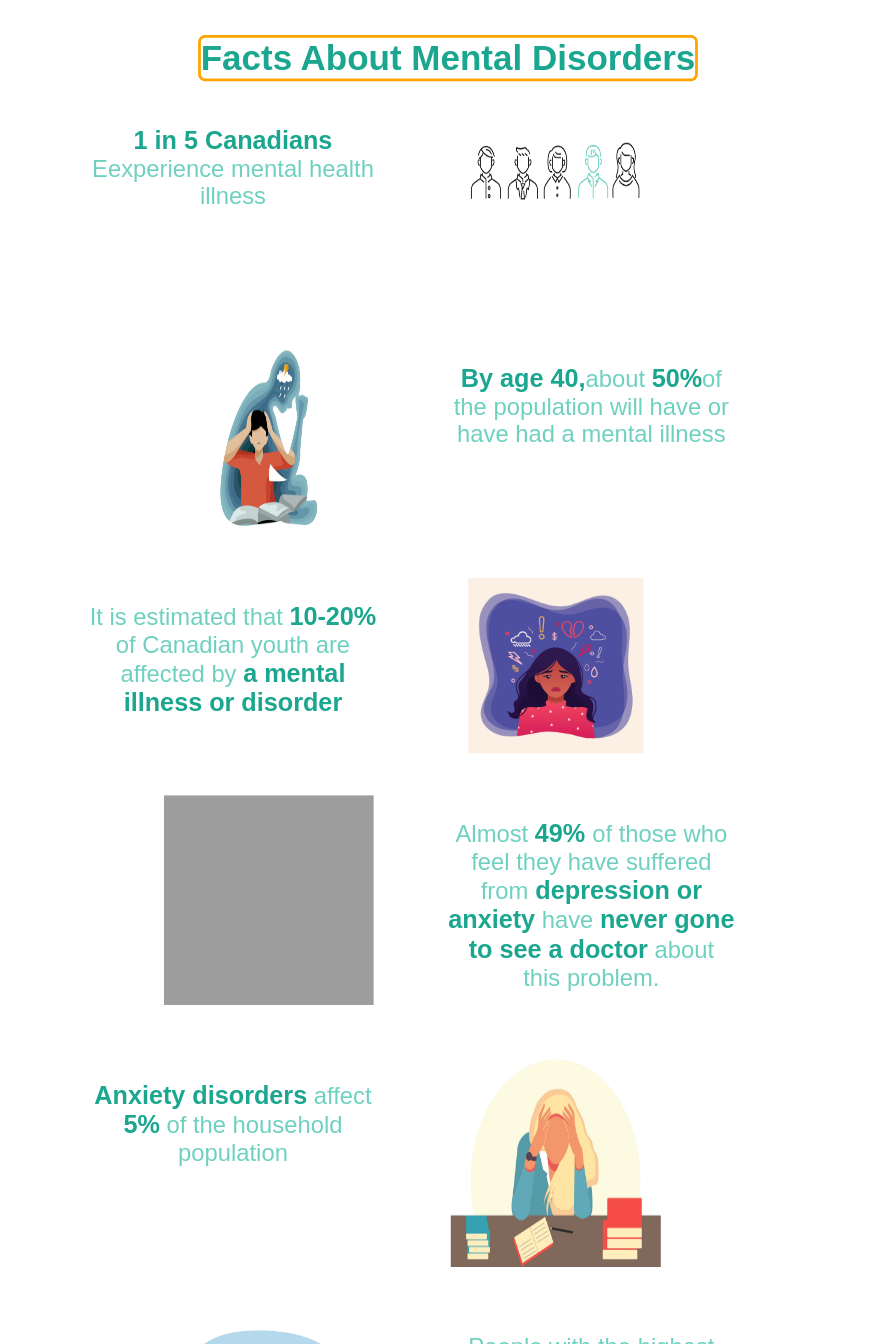
Repository: zzs1/2109-Dynamic-Content-Project
Page: index.html
These files come from the project's save history. The page is drawn as it stood at one moment and after the next save; the edit follows.
The browser window is 1280 px wide. The pictures show the part of the page from y = 0 to 1920 px (the page is 4875 px tall before and 5764 px after), at 70% of full size.
Pictures or frames that could not be fetched are drawn as grey boxes. Some web fonts or font styles are not loaded; a fallback is used.

Above is the page before, as saved 2021-03-09 11:39:34.

### index.html
<html lang="en">
<head>
  <meta charset="UTF-8">
  <meta name="viewport" content="width=device-width, initial-scale=1.0">
  <link href="index.css" rel="stylesheet" type="text/css" >
  <link rel="preconnect" href="https://fonts.gstatic.com">
  <link href="https://fonts.googleapis.com/css2?family=Saira+Semi+Condensed:wght@500&display=swap" rel="stylesheet">
  <title>Midterm group project for MDIA 2109</title>
</head>
<body>
  <!--please place your code in #main -->
  <div id="main">
    <!--Shin Part: Brain-->
    <div class="header image">
      <div class="headerpic"></div>
      </div>

    <!--Shin Part: Header: Have you take good care of you mental health? -->


    <!--Shin Part: content1: Common symptoms of mental illness -->


    <!--Shin: Dont be afraid part-->


    <!--Joyce: Facts about mental disorders  -->
  <div class="joyce_main">
    <h1 id="heading"> Facts About Mental Disorders </h1>

    <div class="ps_container">

      <div class="boxes" id="box1">
          <p class="text">
            <strong class="keyword">1 in 5 Canadians</strong> Eexperience mental health illness
          </p>
          <div class="pic">
            <img src="joyce_code/pic/box1.png" width="250px" height="280px">
          </div>
      </div>

      <div class="boxes"  id="box2">
          <div class="pic">
            <img src="joyce_code/pic/box2.jpg" width="250px" height="280px">
          </div>
          <p class="text">
            <strong class="keyword">By age 40,</strong>about <strong class="keyword">50%</strong>of the population will have or have had a mental illness
          </p>
      </div>

      <div class="boxes" id="box3">
          <p class="text">
            It is estimated that <strong class="keyword">10-20% </strong> of Canadian youth are affected by <strong class="keyword">a mental illness or disorder</strong>
          </p>
          <div class="pic">
            <img src="joyce_code/pic/box3.jpg" width="250px" height="250px">
          </div>
      </div>

      <div class="boxes"  id="box4">
        <div class="pic">
          <img src="joyce_code/pic/box4.jpg" width="300px" height="300px">
        </div>
        <p class="text">
          Almost <strong class="keyword">49% </strong>of those who feel they have suffered from<strong class="keyword"> depression or anxiety</strong> have <strong class="keyword">never gone to see a doctor</strong> about this problem.
        </p>
      </div>

      <div class="boxes"  id="box5">
        <p class="text">
          <strong class="keyword">Anxiety disorders</strong> affect <strong class="keyword">5%</strong> of the household population
        </p>
        <div class="pic">
          <img src="joyce_code/pic/box5.jpg" width="300px" height="300px">
        </div>
      </div>

      <div class="boxes" id="box6">
        <div class="pic">
          <img src="joyce_code/pic/box6.jpg" width="300px" height="300px">
        </div>
        <p class="text">
          People with the highest levels of self-rated distress were <strong class="keyword">32%</strong> more likely to have <strong class="keyword">died from cancer</strong>
        </p>
      </div>

      <div class="boxes" id="box7">
        <p class="text">
          <strong class="keyword">Depression </strong>has been found to be associated with an increased risk of <strong class="keyword">coronary heart disease</strong>
        </p>
        <div class="pic">
          <img src="joyce_code/pic/box7.jpg" width="250px" height="300px">
        </div>
      </div>

    </div>

      <div id="box8">
        <p class="text">
          Today, approximately <strong class="keyword">5% of male youth and 12% of female youth</strong>, age 12 to 19, have experienced a <strong class="keyword">major depressive episode.</strong>
        </p>
        <div class="pic">
          <img src="joyce_code/pic/box8.jpg" width="80%" height="300px">
        </div>
      </div>


  </div>

    <!-- DONT TOUCH!! Chisaki part start from here-->

    <!--Card question section-->
    <div class="container cardquestions">
      <div class="title"></div>
    <div class="card"></div>
    </div>
    <!--Time to look after your mental health section-->
    <div class="container mid">
      <h1 class="midtitle">Time to look after your mental health</h1>
      <img src="comps/icon/midpic.jpg" alt="mental health" max-width="300px" height="300px" />
    </div>

    <!--Pick Icons for more info part-->
    <div class="container iconsection">
      <div class="title2"></div>
      <h3 class="subtitle">Pick icons for infomation</h3>
      <div class="icon" onclick="myFunction()"></div>
      <div class="hidden" id="panel">
        <div class="info"></div>
      </div>
    </div>

    <!--DONT TOUCH!! Chisaki part ends-->

    <!--For Joyce, next part write from here as long as it is main content. If it is footer, please place the code underneath </div> with <footer>-->
      <div  id="bottom">
        <div id="right">
            <div id="content">
            For quick mental testing for <br>yourself and learn more about mental illness, download RETHERAPHY from  </div>
            <div id="logo"><a href="https://play.google.com/store"><img  src=joyce_code/pic/google.png alt="appstore" width=180 height=100></img></a><br>
                <a href="https://www.apple.com/ca/app-store/"><img  src=joyce_code/pic/apple.png alt="appstore"  width=180 height=100></img></a>
            </div>
        </div>
      <div id="showcase"><img  src="joyce_code/pic/phone.png" alt="apps phone" width="220" height="450"> </div>
    </div>

  </div>

  <!--DONT TOUCH !! Chisaki scripts start from here-->
  <script src="comps/card/index.js"></script>
  <script src="comps/Title/index.js"></script>
  <script src="comps/icon/index.js"></script>
  <script src="comps/Info/index.js"></script>
  <script src="index.js"></script>
  <script>
    function myFunction() {
      document.getElementById("panel").style.display = "block";
    }
    document.getElementById("icon1").onclick = function (){
      document.getElementById("info1").style.display = "block";
      document.getElementById("info2").style.display = "none";
      document.getElementById("info3").style.display = "none";
      document.getElementById("info4").style.display = "none";
      document.getElementById("info5").style.display = "none";
      document.getElementById("info6").style.display = "none";
    }
    document.getElementById("icon2").onclick = function (){
      document.getElementById("info2").style.display = "block";
      document.getElementById("info1").style.display = "none";
      document.getElementById("info3").style.display = "none";
      document.getElementById("info4").style.display = "none";
      document.getElementById("info5").style.display = "none";
      document.getElementById("info6").style.display = "none";
    }
    document.getElementById("icon3").onclick = function (){
      document.getElementById("info3").style.display = "block";
      document.getElementById("info1").style.display = "none";
      document.getElementById("info2").style.display = "none";
      document.getElementById("info4").style.display = "none";
      document.getElementById("info5").style.display = "none";
      document.getElementById("info6").style.display = "none";
    }
    document.getElementById("icon4").onclick = function (){
      document.getElementById("info4").style.display = "block";
      document.getElementById("info1").style.display = "none";
      document.getElementById("info2").style.display = "none";
      document.getElementById("info3").style.display = "none";
      document.getElementById("info5").style.display = "none";
      document.getElementById("info6").style.display = "none";
    }
    document.getElementById("icon5").onclick = function (){
      document.getElementById("info5").style.display = "block";
      document.getElementById("info1").style.display = "none";
      document.getElementById("info2").style.display = "none";
      document.getElementById("info3").style.display = "none";
      document.getElementById("info4").style.display = "none";
      document.getElementById("info6").style.display = "none";
    }
    document.getElementById("icon6").onclick = function (){
      document.getElementById("info6").style.display = "block";
      document.getElementById("info1").style.display = "none";
      document.getElementById("info2").style.display = "none";
      document.getElementById("info3").style.display = "none";
      document.getElementById("info4").style.display = "none";
      document.getElementById("info5").style.display = "none";
    }
    </script>
    <!--DONT TOUCH !! Chisaki scripts ends here-->

</body>
</html>

### index.css
html,body {
  margin:0;
  font-family: 'Saira Semi Condensed', sans-serif;
}

#main {
  width:100vw;
  height:100vh;
  display:flex;
  flex-direction: column;

}
/*Joyce part starts from here*/
.joyce_main{
  width:100vw;
  display:flex;
  flex-direction:column;
  align-self: start;
  align-items:center;
  margin:50px 0;
}
#heading{
  margin-top: 50px;
  font-size: 50px;
  color:#1BA68F;
  border:4px solid  orange;
  max-height:30%;
  max-width: 80%;
  border-radius: 10px;
  text-align: center;
  margin:0;
}
#heading:hover{
animation: skew 2s infinite;
transform: skew(12deg);
animation-direction: alternate;
opacity: .8;
}

@keyframes skew {
0% {
  transform: skew(20deg, 20deg);
}
100% {
  transform: skew(-20deg, -20deg);
}
}

.ps_container {
  width:100%;
  display:flex;
  flex-direction:column;
  justify-items: center;
  align-items: center;


}
.boxes{


  max-width: 80%;
  flex-grow: 1;
  display:flex;
  flex-direction:row;
  text-align: center;
  margin:30px 0;
}



.text{

  display: inline;
  max-width: 40%;
  color:#6ED1BF;
  font-size: 34px;
}

.text:hover{
  text-shadow: 2px 2px 10px #CBC2C2;
}

.pic{
  justify-items: center;
  width: 50%;
  transition: transform .2s; /* Animation */
   }

.pic:hover {
      transform: scale(1.2);

}

.pic > img {
  display: block;
  margin-left: auto;
  margin-right: auto;
}

.keyword{
  color:#1BA68F;
  font-size: 36px;
}
#box8 {
  width:80%;
  justify-content: center;
  align-items: center;
  flex-direction: column;
}

#box8 > .pic{
  width:80%;
  display: block;
  margin-left: auto;
  margin-right: auto;

}

/*Joyce part ends here*/


/* DONT TOUCH !! Chisaki Part Start from here */
.container {
 min-width:100%;
}
.cardquestions{
  background-color:#1BA68F;
}
.card {
  display:flex;
  flex-direction:row;
  flex-wrap: wrap;
  justify-content:center;
  align-items: center;
  margin:30px;
  font-family: 'Saira Semi Condensed', sans-serif;
}
.mid{
  background-color:#FFFFFF;
  text-align: center;
}
.midtitle {
 color:#1BA68F;
 font-family: 'Saira Semi Condensed', sans-serif;

}

.iconsection {
  background-color:#FFAA81;

}
.title,.title2{
  display: flex;
  justify-content:center;
  align-items: center;
  margin:30px;
  font-family: 'Saira Semi Condensed', sans-serif;
}

.icon {
  display: flex;
  flex-wrap: wrap;
  justify-content:center;
  align-items: center;
  margin:10px;
  font-family: 'Saira Semi Condensed', sans-serif;

}
.subtitle {
  color:#FFEBE4;
  text-align: center;
  font-family: 'Saira Semi Condensed', sans-serif;
}
.hidden{
  display:none;
}
.info {
justify-content: center;
align-items: center;
font-family: 'Saira Semi Condensed', sans-serif;
}

/* DONT TOUCH !!Chisaki Part End here*/

/*Joyce CSS buttom part styling starts from here*/
#bottom{
  margin:0;
  background-color:#3EB7B2;
  color:white;
  display:flex;
  justify-content: center;
}
#right{
  margin-top: 16%;
  display:flex;
  flex-direction: column;
  max-width: 40%;
  justify-content: flex-start;
}
#showcase{
  margin-top: 10%;
  max-width: 40%;
  justify-content: flex-end;
}

#logo{
  margin-left: 16%;
}
#content{
  font-size: 20px;
  margin-bottom: 10%;
  max-width: 80%;
}
#logo img{
  margin-bottom: 5%;
}

### comps/card/index.js
function CardUI(title='question',option1='text1', option2='text2', option3='text3',backtitle="Answer",content="answer paragraphs"){
  return`
  <div style='
  background-color:#6ED1BF;
  max-height:350px;
  max-width:200px;
  border-radius:10px;
  border:5px solid #FFFFFF;
  margin:20px;
  '
  onclick='CardUI.HandleClick(this)'
  >

    <div class="front" style='
    transition: opacity 1s;
    opacity: 1;
    '
    >
      <h3 style='
      color:#FFFFFF;
      text-align:center;
      margin:10px;
      '>
        ${title}
      </h3>

      <div style='
      display:flex;
      flex-direction:column;
      margin:50px 20px;

      '>
        <div style='
        display:flex;
        flex-direction:row;
        margin:10px;
        '>

          <input name='question'
          type=radio />
            <p style='
            color:#FFEBE4;
            margin:0;
            margin-left:10px;
            '>${option1}
            </p>
        </div>

        <div style='
        display:flex;
        flex-direction:row;
        margin:10px;
        '>

          <input name='question'
          type=radio />
            <p style='
            color:#FFEBE4;
            margin:0;
            margin-left:10px;
            '>
            ${option2}
            </p>
        </div>

        <div style='
        display:flex;
        flex-direction:row;
        margin:10px;
        '>

          <input name='question'
          type=radio />
            <p style='
            color:#FFEBE4;
            margin:0;
            margin-left:10px;
            '>
            ${option3}
            </p>
        </div>
      </div>
    </div>

    <div class="back" style='
    display: flex;
    flex-direction:column;
    position: relative;
    justify-content: center;
    align-items: center;
    top: -350px;
    transition: opacity 1s;
    opacity: 0;
    '>
      <h3 style='
      color:#FFEBE4;
      text-align:center;
      margin:10px;

      '>
        ${backtitle}
      </h3>
      <p style='
      color:#FFFFFF;
      text-align:center;
      margin:10px;
      '>
      ${content}
      </p>
    </div>
  </div>
`}

//export const Card = CardUI();
CardUI.HandleClick = (el) => {
  el.querySelector(".front").style.opacity= 0;
  el.querySelector(".back").style.opacity = 1;
}

### comps/Title/index.js
function TitleUI(bgcolor="#FFFFFF", bodercolor="#FFD4C1",text="title", font="#FFAA81"){
return`<div style='
width:300px;
height:70px;
border-radius:20px;
background-color:${bgcolor};
border:5px solid ${bodercolor};

'>
<h3 style='
color:${font};
text-align:center;
'>${text}</h3>
</div>
`
}
//export const Title = TitleUI();

### comps/icon/index.js
function IconUI(id="id",url="https://placekitten.com/300/300",text="icon"){
  return`<div style='
  width:100px;
  height:100px;
  background-color:#FFEBE4;
  margin:10px;
  text-align:center;
  '
  id='${id}'
  onmouseover='IconUI.HandleClick(this)'

  '>

    <div class="front" style='
    transition: opacity 1s;
    opacity: 1;
    '
    >
      <img style='
      width:70px;
      height:70px;
      object-fit:cover;
      margin:15px;
      box-shadow:0 6px 10px 0 rgba(0, 0, 0, 0.4);
      'src='${url}' />

    </div>

    <div class="mouseover" style='
    display: flex;
    flex-direction:column;
    position: relative;
    justify-content: center;
    align-items: center;
    top: -90px;
    transition: opacity 1s;
    opacity: 0;
    '>
      <p style='
      color:#646464;
      font:21px;
      '>
      ${text}
      </p>
    </div>
  </div>
`}

//export const Icon = IconUI();

IconUI.HandleClick = (el) => {
  //in the UI's case, el is the div itself
  el.querySelector(".front").style.opacity= 0.4;
  el.querySelector(".mouseover").style.opacity = 1;

  //onclick

}

### comps/Info/index.js
function InfoUI(id="id",url="https://placekitten.com/300/300",title="h3title",text="paragraphs here"){
  return`<div class="container"
  id="${id}"
  style='
  width:100vw;
  display:flex;
  flex-direction:column;
  text-align:center;
  align-items:center;

  '>
    <img style='
    width:150px;
    height:150px;
    'src='${url}' />

      <div class=psbox
      style='
      display:flex;
      flex-direction:column;
      align-items:center;
      margin:20px;
      '>
        <h3 style='
        color:#1BA68F;
        '>
        ${title}
        </h3>
        <p style='
        color:#FFEBE4;
        width:70%;
        '>
        ${text}
        </p>

    <div>
  </div>
  `
  }
  //export const Info = InfoUI();
  function clickedButton(){
    document.getElementById("container").style.display = "none";
  }

### index.js
// DONT TOUCH !!Chisaki JS start from here
document.querySelector(".title").innerHTML += TitleUI("#FFFFFF","#1BA68F","Top 3 Mental illness in US","#1BA68F");
document.querySelector(".card").innerHTML += CardUI("What is top 1 Mental illness ?", "Bipolar disorder", "Anxiety disorder", "Major depressive disorder","Anxiety disorder","Symptoms can include excessive worrying, feeling agitated, <strong style='color:#FFF511;'>restlessness</strong>, fatigue, tense muscles, difficulty <strong style='color:#FFF511;'>sleeping, and panic attacks</strong>");
document.querySelector(".card").innerHTML += CardUI("What is 2nd Mental illness ?", "Bipolar disorder", "Anxiety disorder", "Major depressive disorder","Major depressive disorder", "Symptoms include <strong style='color:#FFF511;'>depressed mood</strong>, change in weight, appetite and sleep patterns, fatigue, and a <strong style='color:#FFF511;'>feeling of worthlessness</strong>");
document.querySelector(".card").innerHTML += CardUI("What is 3rd Mental illness ?", "Bipolar disorder", "Anxiety disorder", "Major depressive disorder","Bipolar disorder","Symptoms  include experience <strong style='color:#FFF511;'>manic episodes</strong> where their moods and behaviors are drastically different than normal.");
document.querySelector(".title2").innerHTML += TitleUI("#FFFFFF","#FFD4C1","How to improve your mental health?","#FFAA81");
document.querySelector(".icon").innerHTML += IconUI("icon1",'comps/icon/pic1.svg',"EAT WELL");
document.querySelector(".icon").innerHTML += IconUI("icon2",'comps/icon/pic2.svg',"STRECHING");
document.querySelector(".icon").innerHTML += IconUI("icon3",'comps/icon/pic3.jpg',"STOP TOBBACO");
document.querySelector(".icon").innerHTML += IconUI("icon4",'comps/icon/pic4.svg', "TREAT YOURSELF");
document.querySelector(".icon").innerHTML += IconUI("icon5",'comps/icon/pic5.svg', "CHAT CHAT CHAT");
document.querySelector(".icon").innerHTML += IconUI("icon6",'comps/icon/pic6.svg', "PLAN YOUR GOAL");
document.querySelector(".info").innerHTML += InfoUI("info1",'comps/icon/pic1.svg',"Eat and drink to optimize your health","Eating healthy is not only good for your physical health, but also for your mental health. some people release their stress by eating junk foods, taking caffeine, or drinking alcohol, but it is not a good way to release your stress in the long run. Consider making healthy eating and drinking habits. ");
document.querySelector(".info").innerHTML += InfoUI("info2",'comps/icon/pic2.svg',"Exercise regularly","Try to do some exercises because we can ease our stress by moving our body. You can try non-competitive exercises, such as aerobics, weight training, and yoga. According to the study, aerobic exercise can release endorphins which are natural substances that make your feeling better and keep you being positive.");
document.querySelector(".info").innerHTML += InfoUI("info3",'comps/icon/pic3.jpg',"Stop using tobacco and nicotine products","Did you know smoking is not only bad for your physical health, but also mental health? Smoking increases your anxiety and tension. In fact, if you try to stop smoking and get rid of the nicotine, you would feel irritable and anxious due to the signals from certain chemicals in the brain.");
document.querySelector(".info").innerHTML += InfoUI("info4",'comps/icon/pic4.svg', "Study and practice relaxation techniques", "Finding your relaxation way is really important to relieve your stress. It can be anything that you would like to do, such as taking a long bath, deep breathing, doing mindfulness meditation, or daydreaming. In <strong style='color:#1BA68F;'>retheraphy</strong>, we are also introducing some popular relaxation ways.");
document.querySelector(".info").innerHTML += InfoUI("info5",'comps/icon/pic5.svg', "Talk how you feel to someone","By talking your concerns to someone else, you can organize your feeling. Moreover, someone may give you some advice for your concerns. It is always a good idea to talk your feelings to people you trust. If your concerns are really personal ones, you can also reach out to some professional consultants.");
document.querySelector(".info").innerHTML += InfoUI("info6",'comps/icon/pic6.svg', "Set realistic goals and expectations", "By setting realistic goals and achieving small goals step by step, you can get more and more confident on yourself. For example, if you are trying to go on diet, you can start by walking 1 or 2 bus stops distance once or twice a week. When you making a plan, it is a good idea to consider your plan for the long run.");
// DONT TOUCH !!Chisaki JS End here

After the next save:
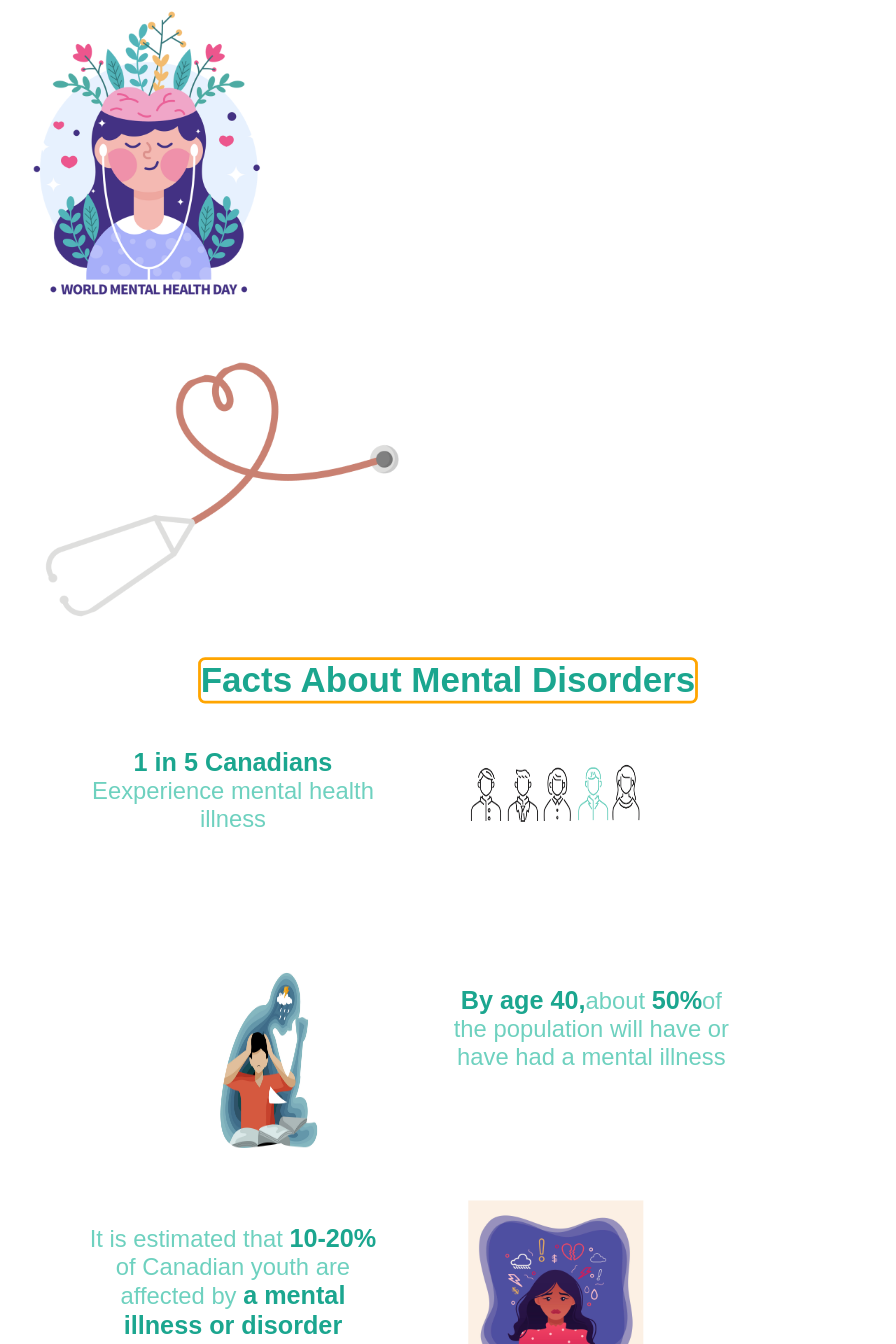
Saved 12 s later.
--- a/index.html
+++ b/index.html
@@ -16,7 +16,13 @@
       </div>
 
     <!--Shin Part: Header: Have you take good care of you mental health? -->
-
+    <div class="header caption">
+      <img class="headimg" src="comps/caption/headimage.png" alt="image#1">
+      <div class="headertitle_back">
+      <h1 class="headertitle"></div>
+      </h1>
+        <img class="sideimg" src="comps/caption/sideimage.png" alt="image#2">
+    </div>
 
     <!--Shin Part: content1: Common symptoms of mental illness -->
 
